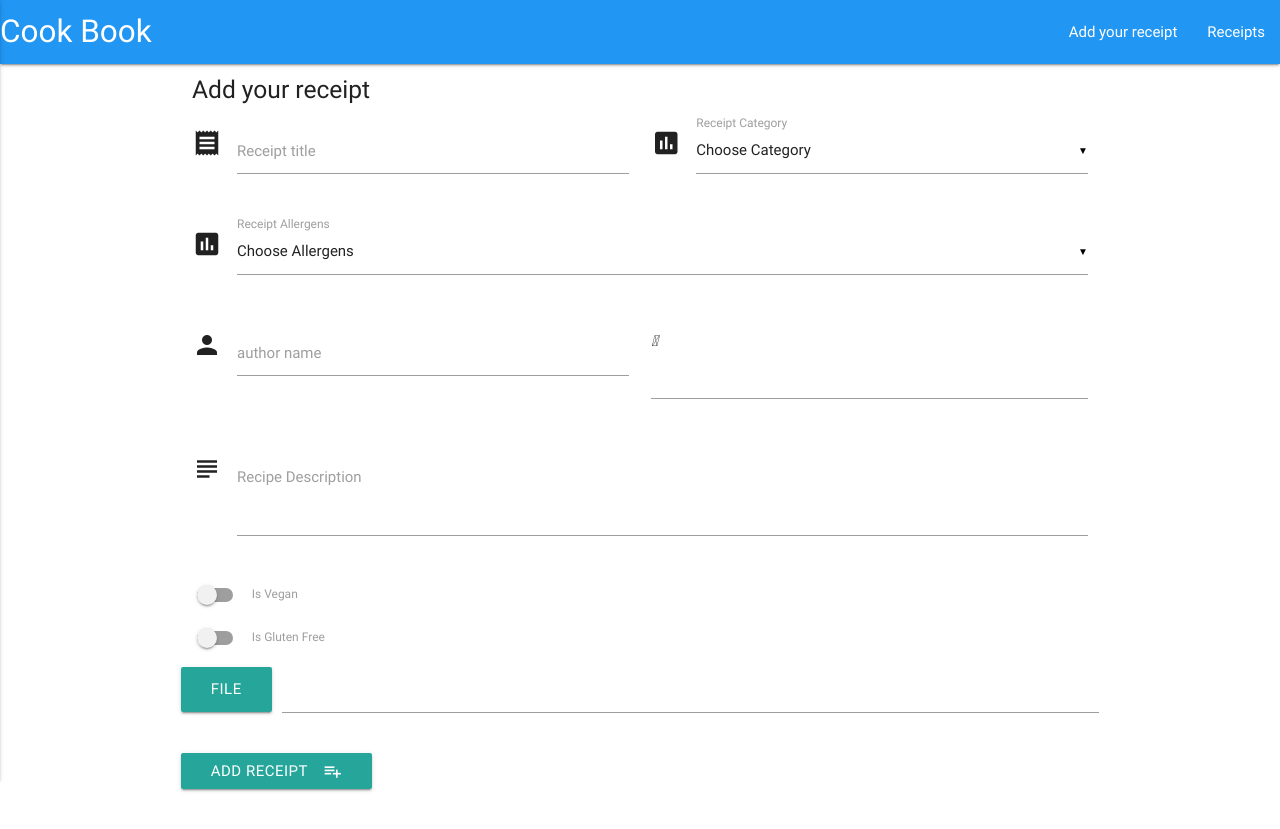
Repository: bbarbara19/cookbook
Page: http://localhost/add_receipt
The author's editor kept a record of every edit. The page is drawn from the files as they stood at one moment, then again after the next edit.
The browser window is 1280 px wide. The pictures show the whole page.
Some web libraries are served in a nearby version. The page is served by the project's application, run on Flask 3 (app.py). Queries for data that is not in the repository find no rows.

Above is the page before.

After the next edit:
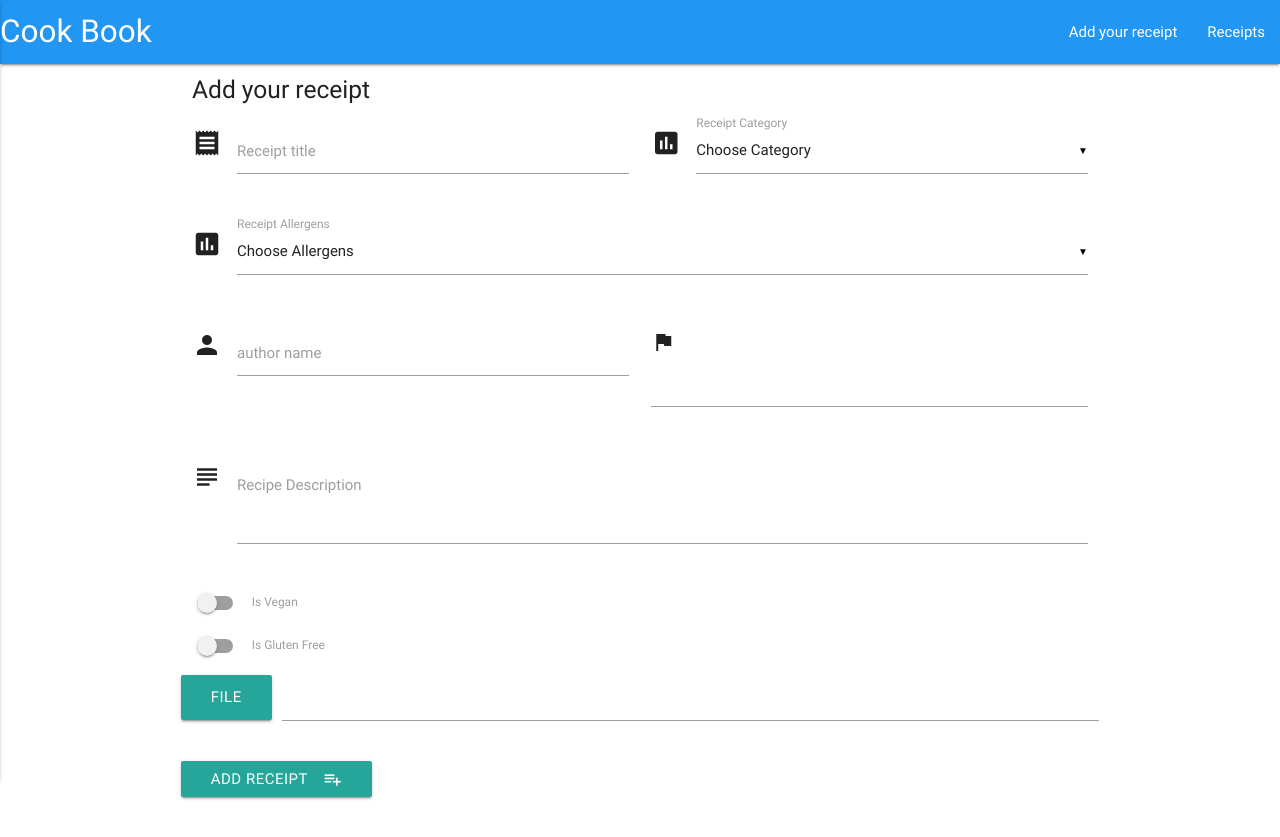
The edit:
--- a/templates/add_receipt.html
+++ b/templates/add_receipt.html
@@ -73,7 +73,7 @@
                         <label for="icon_prefix">author name</label>
                     </div>
                     <div class="input-field col s6">
-                         <i class="fas fa-globe"></i>
+                        <i class="material-icons">flag</i>
                         <input id="country" name="country" type="text">
                         <label for="icon_prefix"></label>
                     </div>
